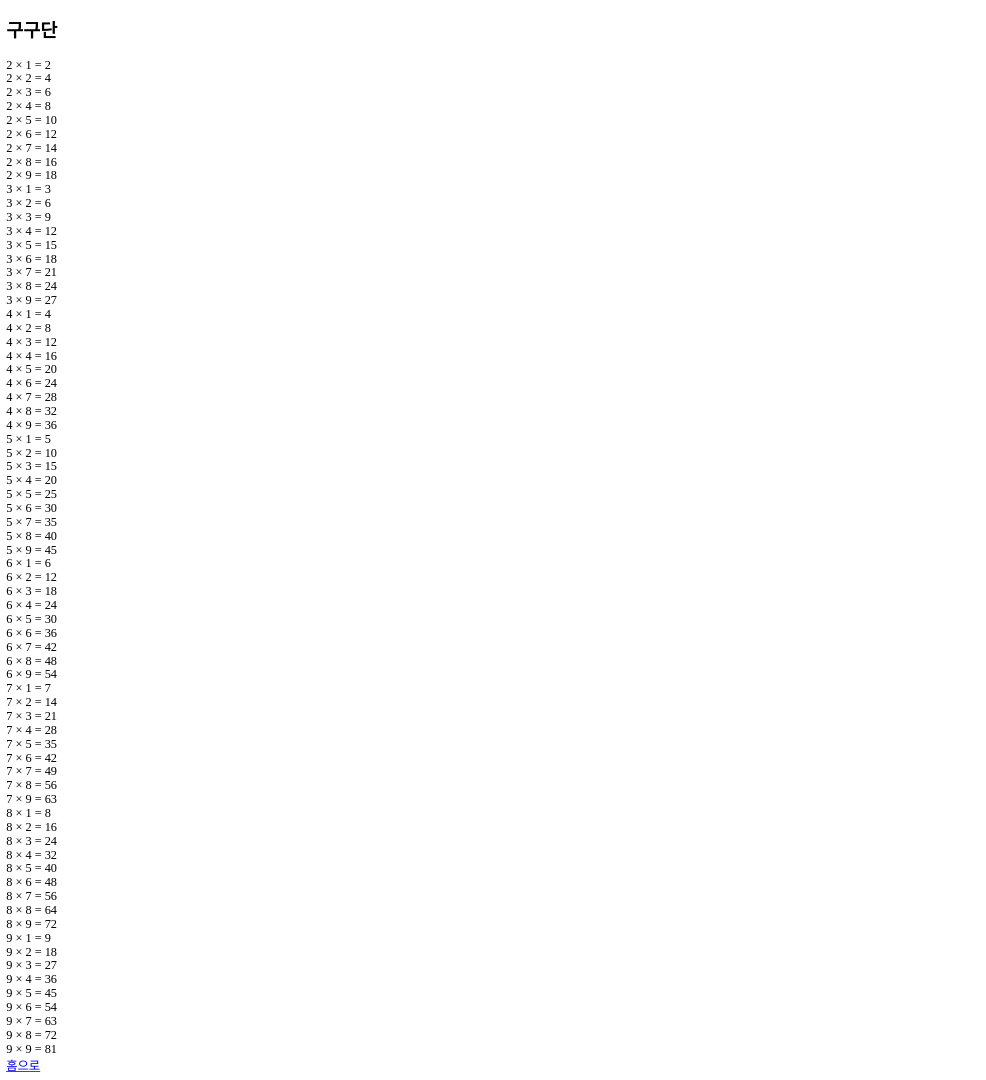
Repository: juhyung1/java_edu_web
Page: http://localhost/BackEnd_02_JSP/03_gugu.jsp
These files come from the project's save history. The page is drawn as it stood at one moment and after the next save; the edit follows.
The browser window is 1280 px wide. The pictures show the whole page, at 77% of full size.
The page is served by Tomcat 9.

Above is the page before, as saved 2026-10-07 00:32:03.

### BackEnd_02_JSP/src/main/webapp/03_gugu.jsp
<%@ page language="java" contentType="text/html; charset=UTF-8"
	pageEncoding="UTF-8"%>
<%--
	===========================================================
	03_gugu.jsp  -  구구단 (스크립트릿 + HTML 함께 쓰기)
	-----------------------------------------------------------
	[학습 포인트]
	- 스크립트릿은 여러 조각으로 나누어 쓸 수 있다.
	  자바의 for 문 "안쪽" 에 HTML 태그를 그대로 넣을 수 있다.
	- 중괄호 { } 의 짝과 <% %> 의 짝을 함께 맞추는 것이 핵심!
	  (짝이 어긋나면 500 오류가 발생한다)
	===========================================================
--%>
<!DOCTYPE html>
<html>
<head>
<meta charset="UTF-8">
<title>구구단 출력</title>
</head>
<body>
	<h2>구구단</h2>
	<%
		for(int i = 2; i < 10; i++) {
			for(int j = 1; j < 10; j++) {
				out.print(i + " × " + j + " = " + (i*j) + "<br>");
			}
		}





	%>

	<a href="index.html">홈으로</a>
</body>
</html>

After the next save:
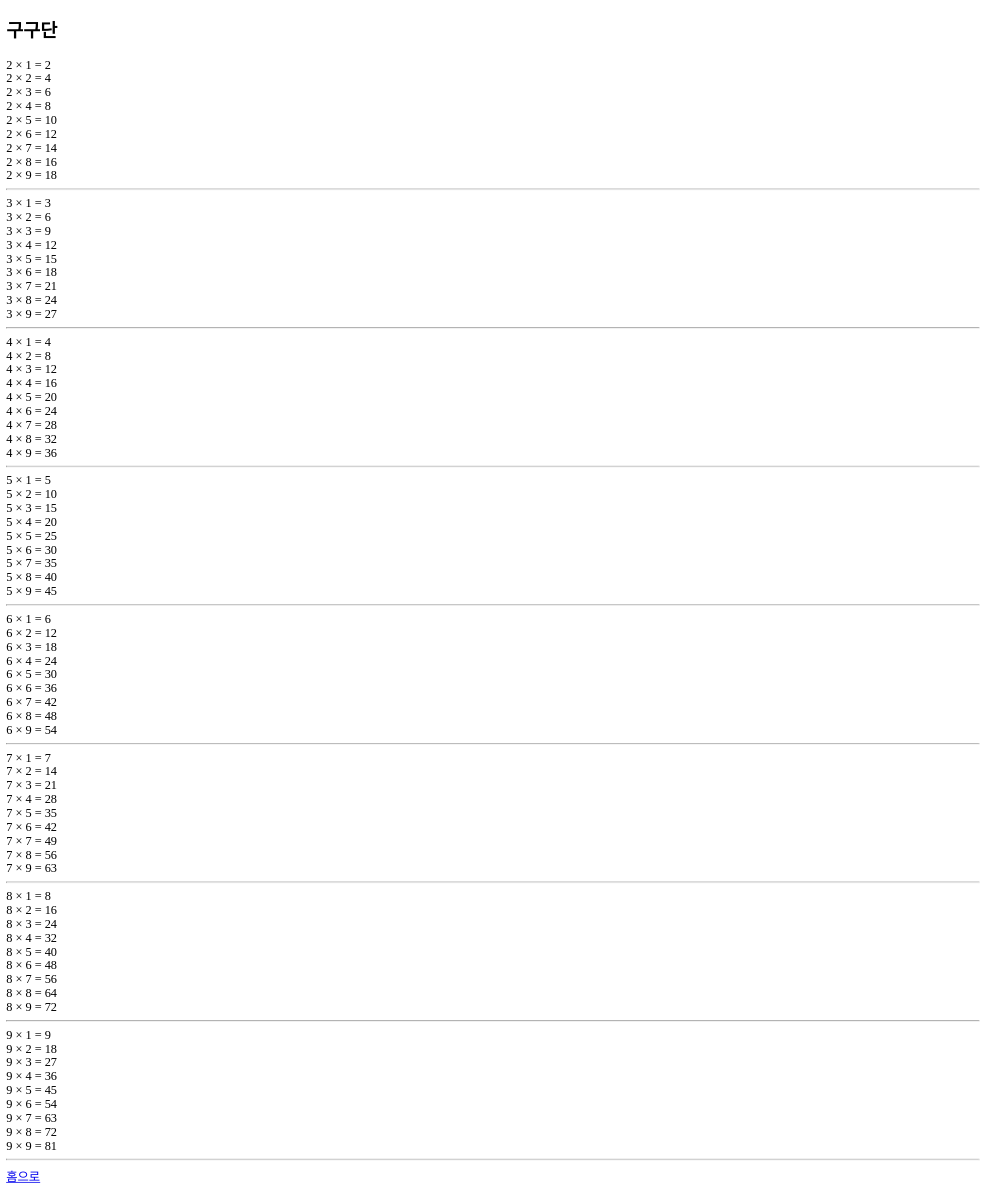
Saved 48 s later.
--- a/BackEnd_02_JSP/src/main/webapp/03_gugu.jsp
+++ b/BackEnd_02_JSP/src/main/webapp/03_gugu.jsp
@@ -24,6 +24,7 @@
 			for(int j = 1; j < 10; j++) {
 				out.print(i + " × " + j + " = " + (i*j) + "<br>");
 			}
+			out.print("<hr>");
 		}
 
 
